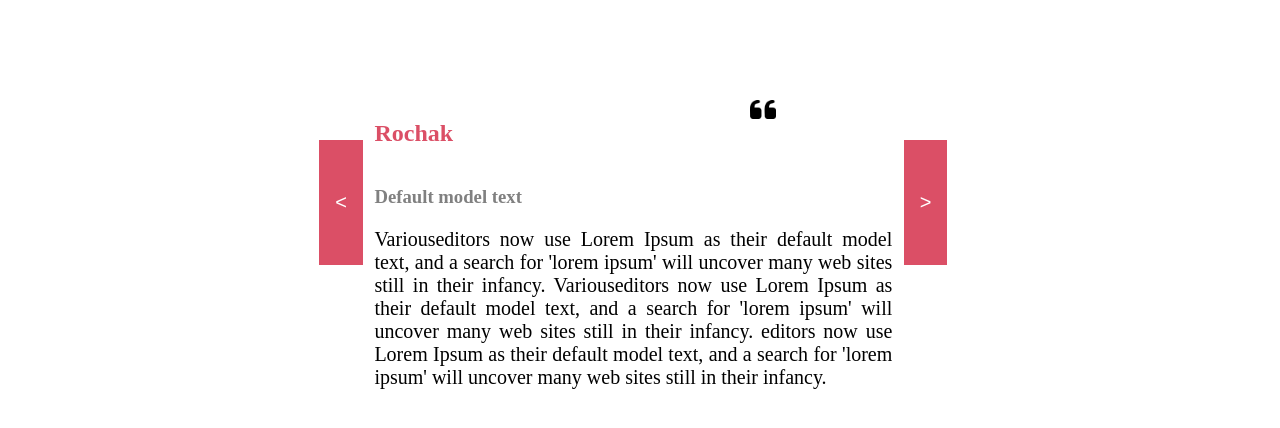
Repository: AVINKUMARP/gifts
Page: demo2.html
The author's editor kept a copy of each file at every save. The page is drawn from the files as they stood at one save, then again after the next save.
The browser window is 1280 px wide. The pictures show the whole page.

Above is the page before, as saved 2023-08-24 14:10:25.

After the next save:
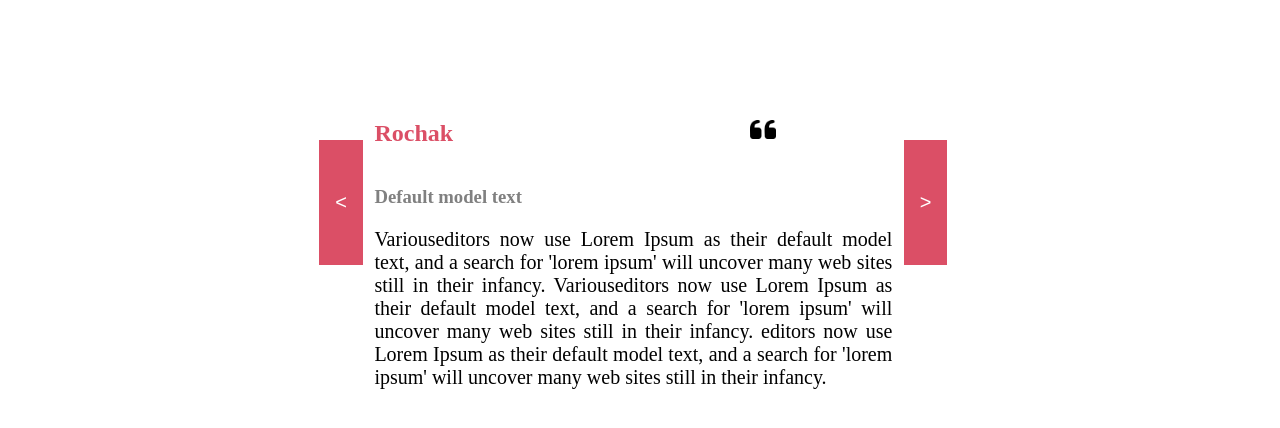
Saved 50 s later.
--- a/demo2.html
+++ b/demo2.html
@@ -52,6 +52,9 @@
             text-align: justify;
             font-size: 20px;
         }
+        .cicon{
+            padding-top: 20px;
+        }
     </style>
 </head>
 <body>
